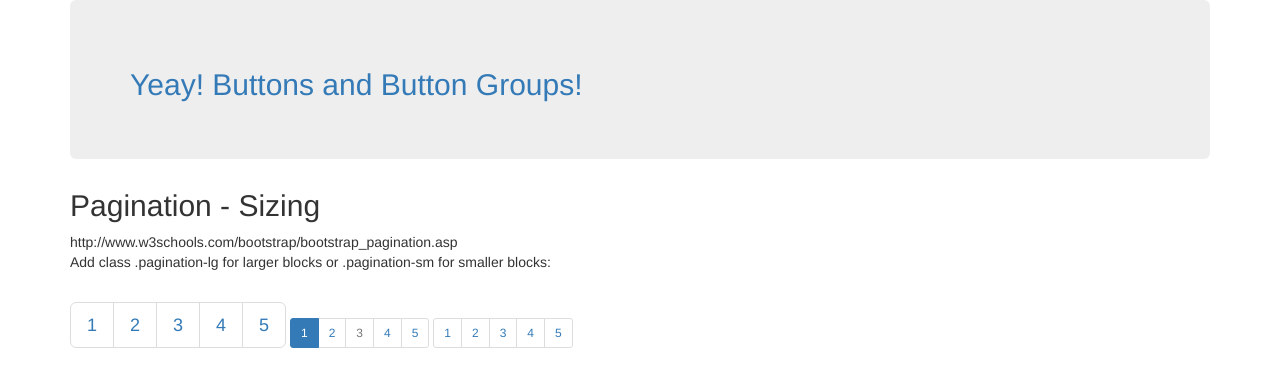
Repository: jksfoTemp/html-css-js
Page: -HTML5/bootstrap/pagination.html
The author's editor kept a record of every edit. The page is drawn from the files as they stood at one moment, then again after the next edit.
The browser window is 1280 px wide. The pictures show the whole page.
Some web libraries are served in a nearby version.

Above is the page before.

### -HTML5/bootstrap/pagination.html
<!DOCTYPE html>
<html lang="en">

<head>
    <title>Bootstrap - Buttons</title>
    <meta charset="utf-8">
    <meta name="viewport" content="width=device-width, initial-scale=1">

    <!-- <link rel="stylesheet" href="http://reset5.googlecode.com/hg/reset.min.css"> -->

    <!-- Latest compiled and minified CSS -->
    <link rel="stylesheet" href="https://maxcdn.bootstrapcdn.com/bootstrap/3.3.2/css/bootstrap.min.css">

    <!-- Optional theme -->
    <link rel="stylesheet" href="https://maxcdn.bootstrapcdn.com/bootstrap/3.3.2/css/bootstrap-theme.min.css">

    <script src="https://code.jquery.com/jquery-2.1.3.min.js"></script>

    <!-- Latest compiled and minified JavaScript -->
    <script src="https://maxcdn.bootstrapcdn.com/bootstrap/3.3.2/js/bootstrap.min.js">
    </script>

</head>

<body>
    <div class="container">
        <div class="jumbotron ">
            <h2><a href="http://www.w3schools.com/bootstrap/bootstrap_buttons.asp">Yeay! Buttons and Button Groups!</a></h2>
        </div>

        <h2>Pagination - Sizing</h2>
        http://www.w3schools.com/bootstrap/bootstrap_pagination.asp
        <p>Add class .pagination-lg for larger blocks or .pagination-sm for smaller blocks:</p>
        <ul class="pagination pagination-lg">
            <li><a href="#">1</a>
            </li>
            <li><a href="#">2</a>
            </li>
            <li><a href="#">3</a>
            </li>
            <li><a href="#">4</a>
            </li>
            <li><a href="#">5</a>
            </li>
        </ul>

        <ul class="pagination pagination-sm">
            <li class="active"><a href="#">1</a>
            </li>
            <li><a href="#">2</a>
            </li>
            <li class="disabled"><a href="#">3</a>
            </li>
            <li><a href="#">4</a>
            </li>
            <li><a href="#">5</a>
            </li>
        </ul>

        <ul class="pagination pagination-sm">
            <li><a href="#">1</a>
            </li>
            <li><a href="#">2</a>
            </li>
            <li><a href="#">3</a>
            </li>
            <li><a href="#">4</a>
            </li>
            <li><a href="#">5</a>
            </li>
        </ul>

    </div>
</body>

</html>

After the next edit:
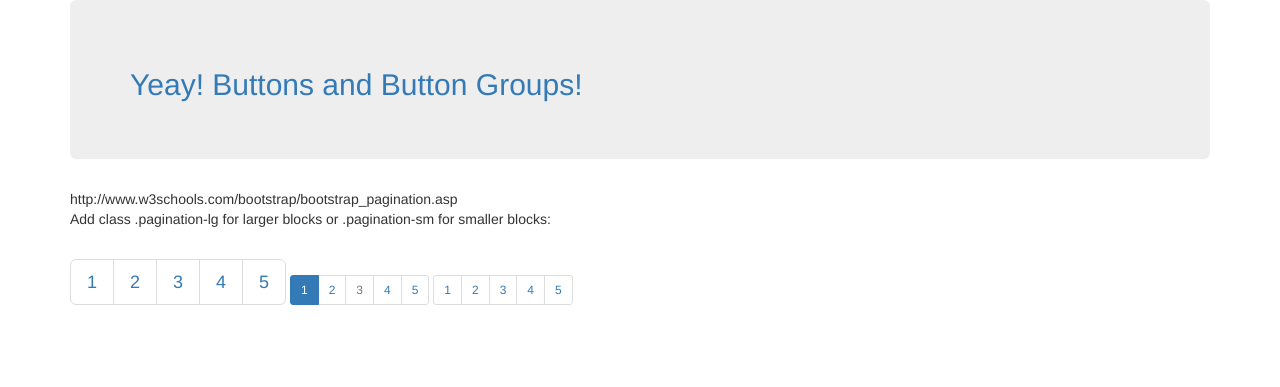
The edit:
--- a/-HTML5/bootstrap/pagination.html
+++ b/-HTML5/bootstrap/pagination.html
@@ -28,9 +28,7 @@
             <h2><a href="http://www.w3schools.com/bootstrap/bootstrap_buttons.asp">Yeay! Buttons and Button Groups!</a></h2>
         </div>
 
-        <h2>Pagination - Sizing</h2>
-        http://www.w3schools.com/bootstrap/bootstrap_pagination.asp
-        <p>Add class .pagination-lg for larger blocks or .pagination-sm for smaller blocks:</p>
+        http://www.w3schools.com/bootstrap/bootstrap_pagination.asp        <p>Add class .pagination-lg for larger blocks or .pagination-sm for smaller blocks:</p>
         <ul class="pagination pagination-lg">
             <li><a href="#">1</a>
             </li>
